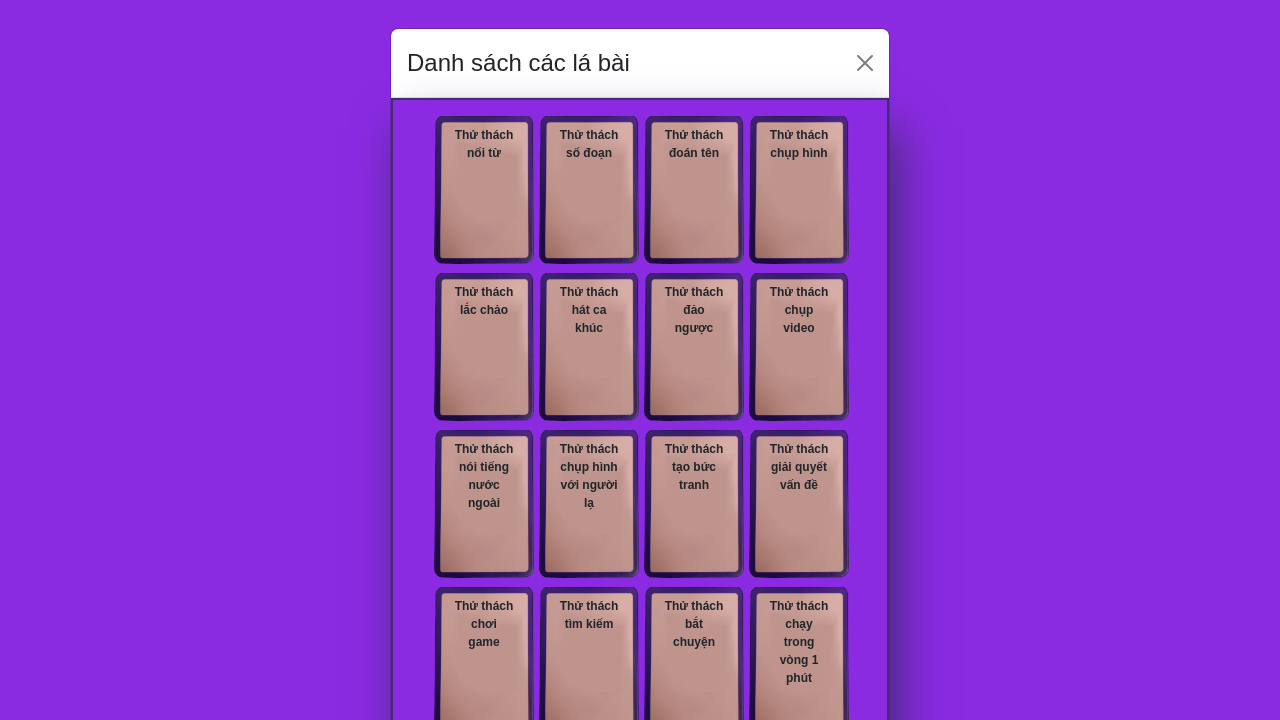
Repository: hivongseth2/drinkGame1
Page: / (app in my-app/), after clicking the first element matching `#buttonBoc`
These files come from the project's save history. The page is drawn as it stood at one moment and after a run of saves; the edit follows.
The browser window is 1280 px wide. The pictures show the whole page.
An inner scrolling area shows only its first screen. The project was rebuilt for these pictures with package versions that can differ from the ones it lists, and the page was loaded fresh each time. Also part of the build but not shown: my-app/src/views/GameMain.js.

Above is the page before, as saved 2023-01-19 15:32:44.

After the next 2 saves:
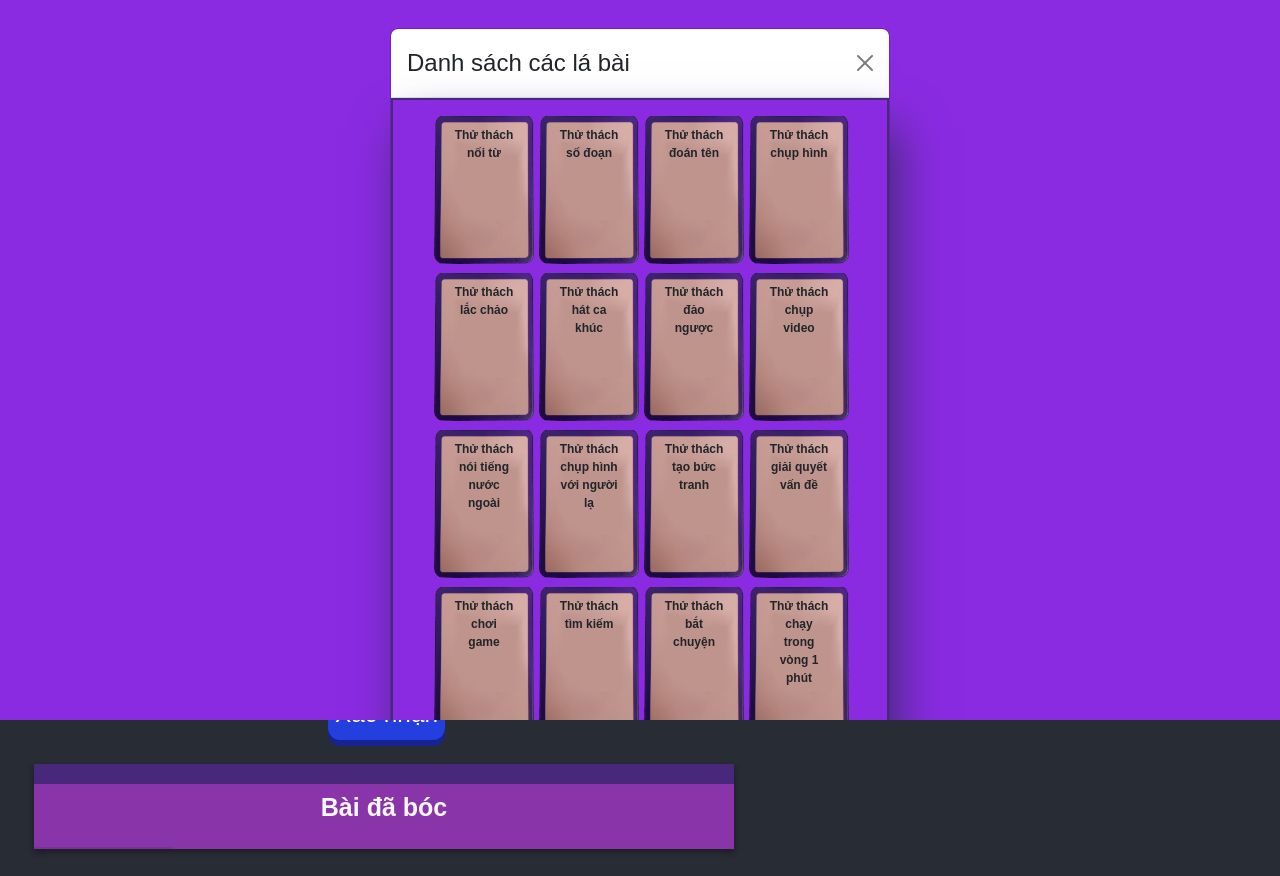
The 2 saves are shown as one change because 1 did not build or start.
The last was saved 61 s later.
--- a/my-app/src/views/Control.js
+++ b/my-app/src/views/Control.js
@@ -10,6 +10,7 @@ import Button from "react-bootstrap/Button";
 // import Form from "react-bootstrap-form";
 // import { toast, ToastContainer } from "react-toastify/dist/components";
 import { toast } from "react-toastify";
+import logo from "../assets/img/bobai.png";
 
 class Control extends React.Component {
   state = {
@@ -420,6 +421,9 @@ class Control extends React.Component {
   render() {
     return (
       <div className="menuControl">
+        <div>
+          <img className="introImg" src={logo}></img>
+        </div>
         <ul>
           <button className="btnXoc" onClick={this.openModal}>
             Xóc bài
